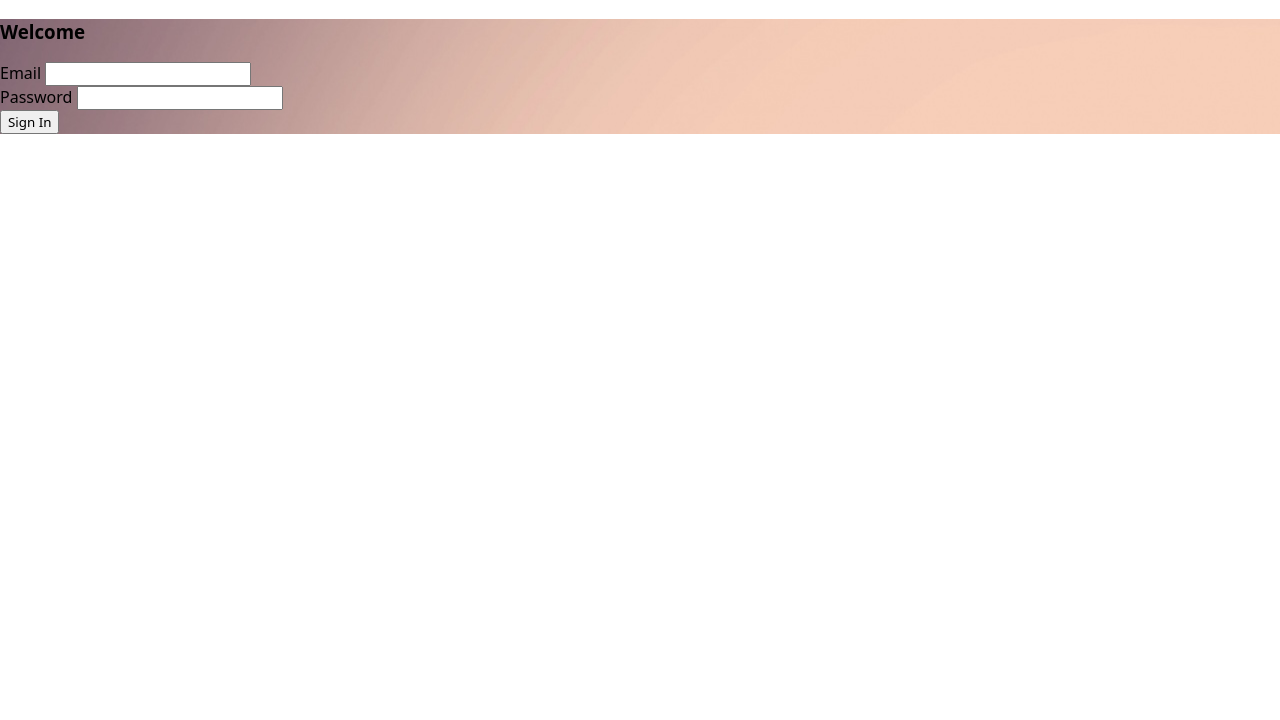
Repository: Szelbi/SimpliestLoginPage
Page: index.html
The author's editor kept a copy of each file at every save. The page is drawn from the files as they stood at one save, then again after the next save.
The browser window is 1280 px wide. The pictures show the whole page.

Above is the page before, as saved 2021-02-04 21:56:26.

After the next save:
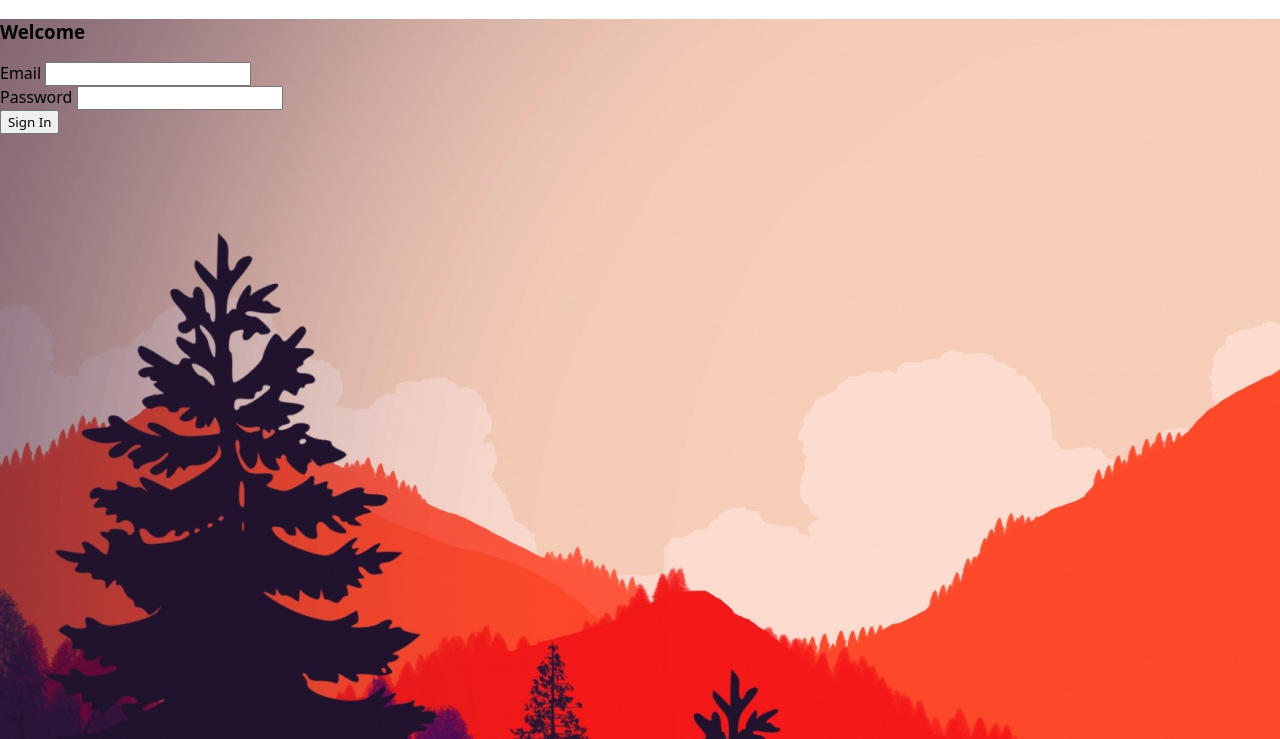
Saved 18 s later.
--- a/style.css
+++ b/style.css
@@ -8,6 +8,6 @@
 
 .main {
     background-image: url("flatlandscape_v_2.jpg");
-    height: 100%;
-    width:100%;
+    height: 100vh;
+    widows: 100vh;;
 }
